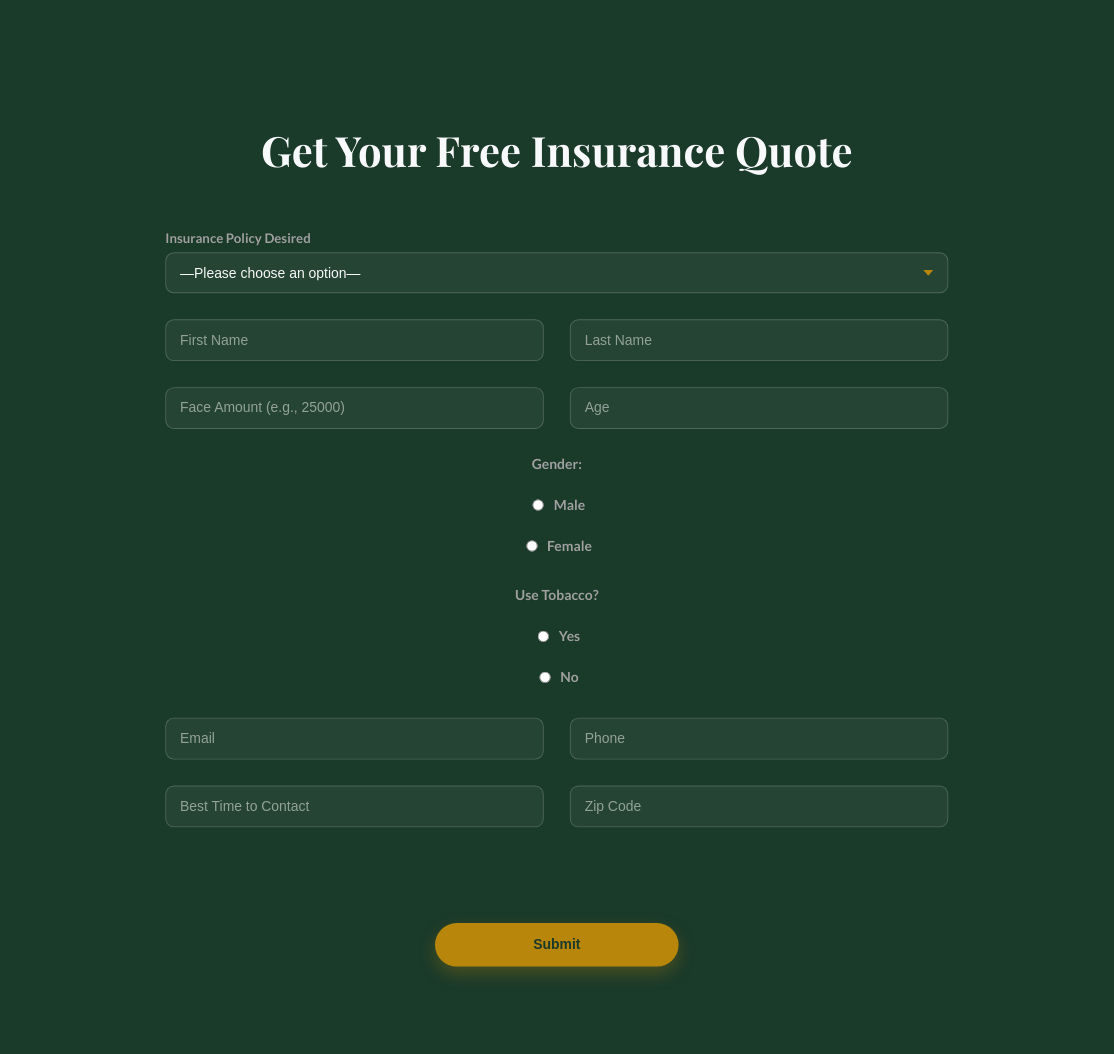
Repository: nighttimeweb/mountain-lux
Page: quote.html
The author's editor kept a copy of each file at every save. The page is drawn from the files as they stood at one save, then again after the next save.
The browser window is 1280 px wide. The pictures show the whole page, at 87% of full size.

Above is the page before, as saved 2025-05-06 00:31:39.

After the next save:
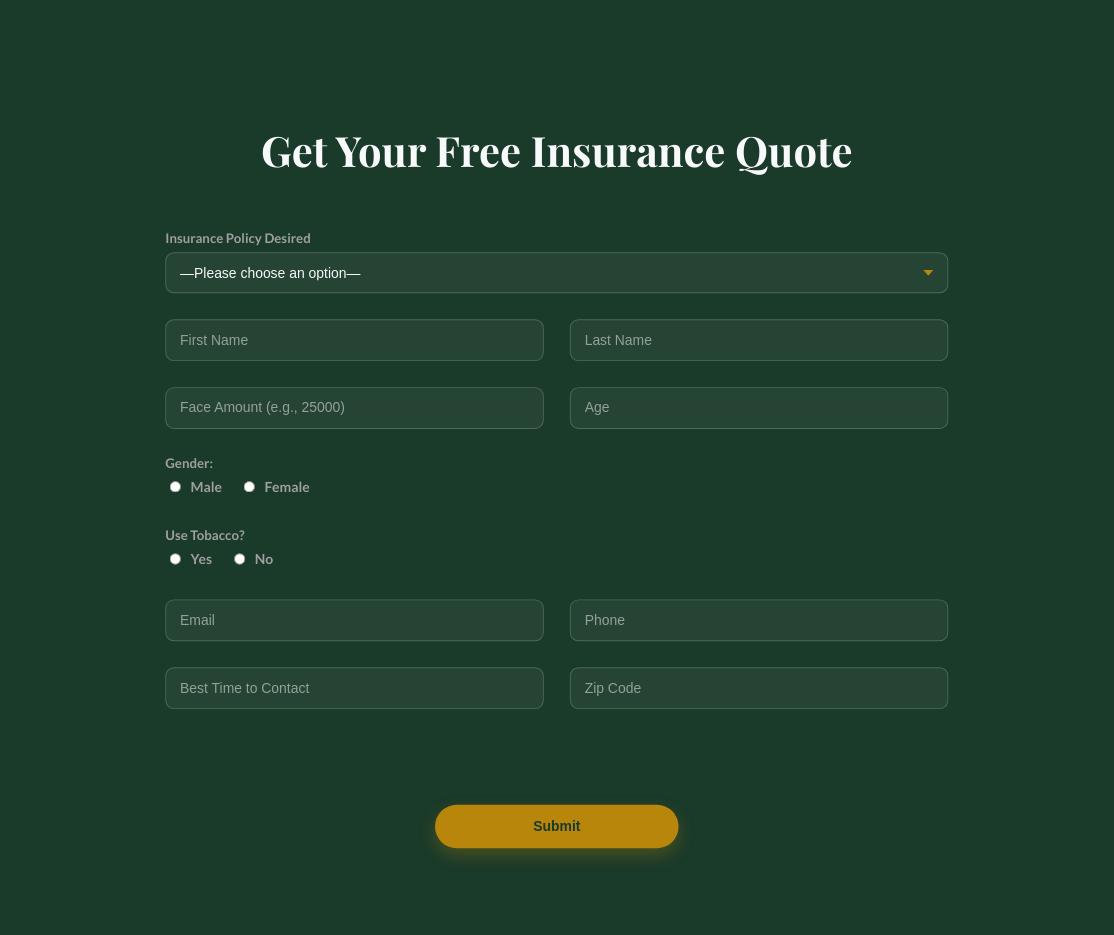
Saved 76 s later.
--- a/quote.html
+++ b/quote.html
@@ -208,17 +208,22 @@
         <div class="form-group"><input type="number" name="FaceAmount" placeholder="Face Amount (e.g., 25000)" required></div>
         <div class="form-group"><input type="number" name="Age" placeholder="Age" required></div>
 
-        <div class="form-group radio-group">
-          <label>Gender:</label>
-          <label><input type="radio" name="Gender" value="Male"> Male</label>
-          <label><input type="radio" name="Gender" value="Female"> Female</label>
-        </div>
-
-        <div class="form-group tobacco-group">
-          <label>Use Tobacco?</label>
-          <label><input type="radio" name="UseTobacco" value="Yes"> Yes</label>
-          <label><input type="radio" name="UseTobacco" value="No"> No</label>
-        </div>
+        <div class="form-group form-full">
+          <label for="gender">Gender:</label>
+          <div class="radio-group">
+            <label><input type="radio" name="Gender" value="Male"> Male</label>
+            <label><input type="radio" name="Gender" value="Female"> Female</label>
+          </div>
+        </div>
+
+        <div class="form-group form-full">
+          <label for="tobacco">Use Tobacco?</label>
+          <div class="radio-group">
+            <label><input type="radio" name="UseTobacco" value="Yes"> Yes</label>
+            <label><input type="radio" name="UseTobacco" value="No"> No</label>
+          </div>
+        </div>
+
 
         <div class="form-group"><input type="email" name="email" placeholder="Email" required></div>
         <div class="form-group"><input type="tel" name="Phone" placeholder="Phone"></div>
